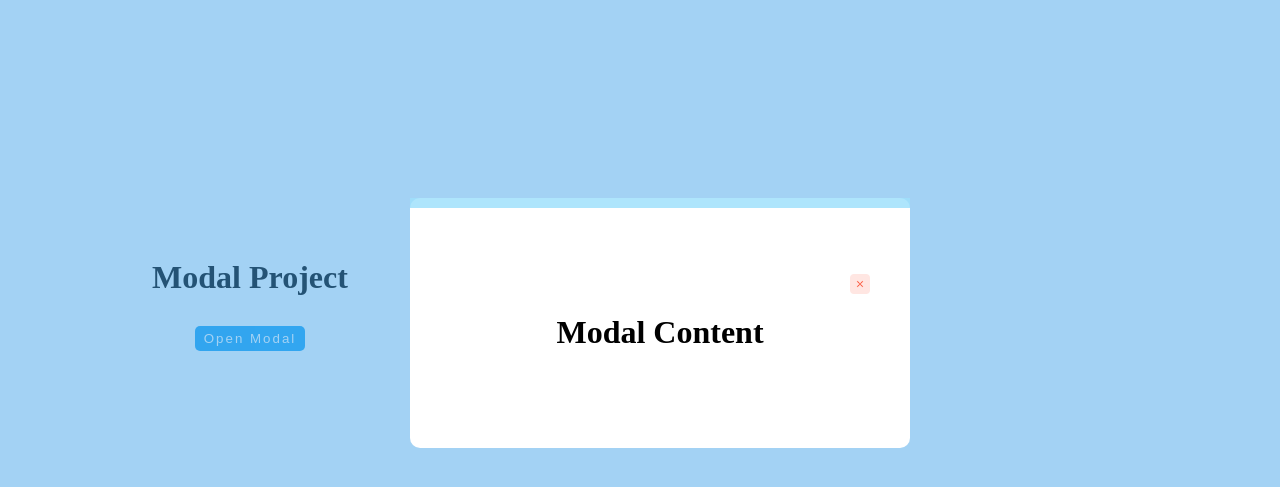
Repository: Trapti10/20-js-practice-projects-in-7-days-challenge
Page: Project_4_Modal_Project/index.html
These files come from the project's save history. The page is drawn as it stood at one moment and after the next save; the edit follows.
The browser window is 1280 px wide. The pictures show the whole page.

Above is the page before, as saved 2025-11-24 14:06:30.

### Project_4_Modal_Project/index.html
<!DOCTYPE html>
<html lang="en">
<head>
    <meta charset="UTF-8">
    <meta name="viewport" content="width=device-width, initial-scale=1.0">
    <title>Modal Project</title>
    <link rel="stylesheet" href="style.css">
</head>
<body>
    <div class="hero">
     <div class="bg-img"  background-img>

    </div>
    <div class="card">
        <h1>Modal Project</h1>

        <button class="Open">
            Open Modal
        </button>
       </div>
       </div>
       <div class="modal-overlay">
        <div class="madal-container">
            <header></header>
            <img src="assests/close.png" alt="">
            <div class="modalContent">
                <h1>Modal Content</h1>
            </div>
            <footer></footer>
        </div>
       </div>
    <script src="script.js"></script>
</body>
</html>

### Project_4_Modal_Project/style.css
*{
    margin: 0;
    padding: 0;
}
.hero{
    place-items: center;
}
.bg-img{
    height: 100vh;
    background-position: center center;
    background-repeat: no-repeat;
    position: relative;
    background-size: max(2200px, 100vw);
    background-image: url("https://png.pngtree.com/thumb_back/fh260/background/20230714/pngtree-simplicity-in-blue-a-living-room-interior-design-with-decor-and-image_3888158.jpg");
    background-repeat: no-repeat;
    align-items: center;
    margin-top: 0;
    align-items: center;

}

.card{
    position: absolute;
    top: 25%;
    background: white;
    min-height: 250px;
    min-width: 500px;
    display: flex;
    justify-content: center;
    align-items:center ;
    flex-direction: column;
    border: none;
    border-radius: 10px;
    gap: 30px;
}

button{
    height: 25px;
    width: 110px;
    color: white;
    background: rgb(29, 166, 246);
    border: none;
    letter-spacing: 2px;
    border-radius: 5px;
    padding: 0 4px;
}

button:hover{
    background: transparent;
    color: black;
    border: 2px solid rgb(29, 166, 246);
}

.modal-overlay{
    background: rgba(73, 166, 233, 0.5);
    position: fixed;
    top: 0;
    left: 0;
    width: 100%;
    height: 100%;
    place-items:center;
    display: grid;
    transition: 400ms ease;
    padding: 35px 20px;
    /* visibility: visible; */
    /* z-index: -10; */
}

.madal-container{
    position: absolute;
    top: 25%;
    background: white;
    min-height: 250px;
    min-width: 500px;
    /* position: fixed; */
    display: flex;
    justify-content: center;
    align-items:center ;
    flex-direction: column;
    border: none;
    border-radius: 10px;
    gap: 20px;
}

.madal-container img{
    height: 20px;
    right: 0;
    margin-left: 400px ;
    margin-top: 0px;
}

header{
    position: absolute;
    top: 0px;
    height: 10px;
    width: 100%;
    background: rgba(159, 225, 252, 0.84);
}

Loaded but not shown: Project_4_Modal_Project/script.js (no stored copy; drawn as an empty file)

After the next save:
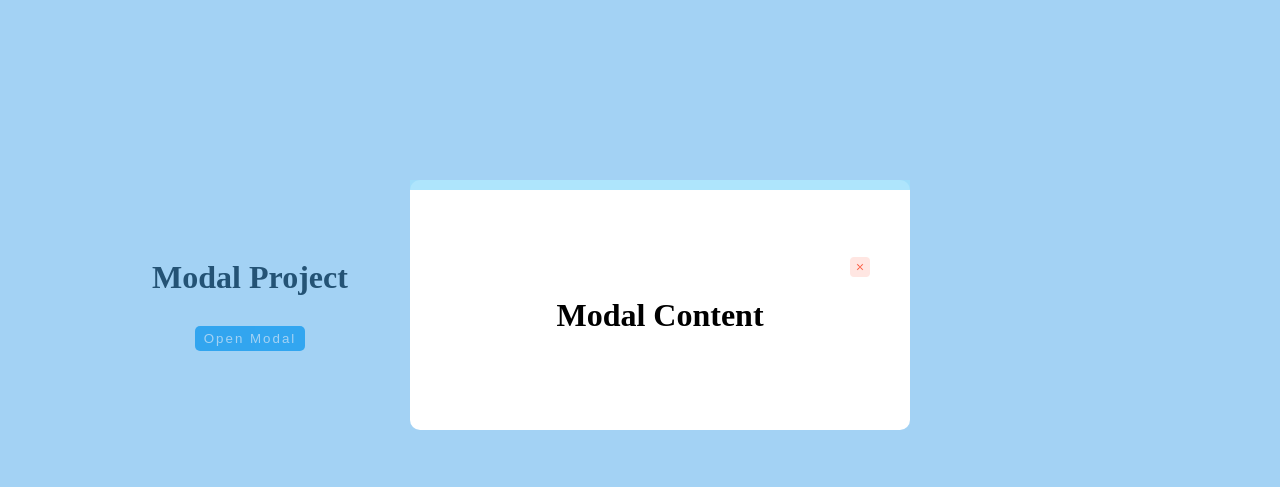
Saved 44 s later.
--- a/Project_4_Modal_Project/style.css
+++ b/Project_4_Modal_Project/style.css
@@ -72,7 +72,7 @@ button:hover{
     background: white;
     min-height: 250px;
     min-width: 500px;
-    /* position: fixed; */
+    position: fixed;
     display: flex;
     justify-content: center;
     align-items:center ;
